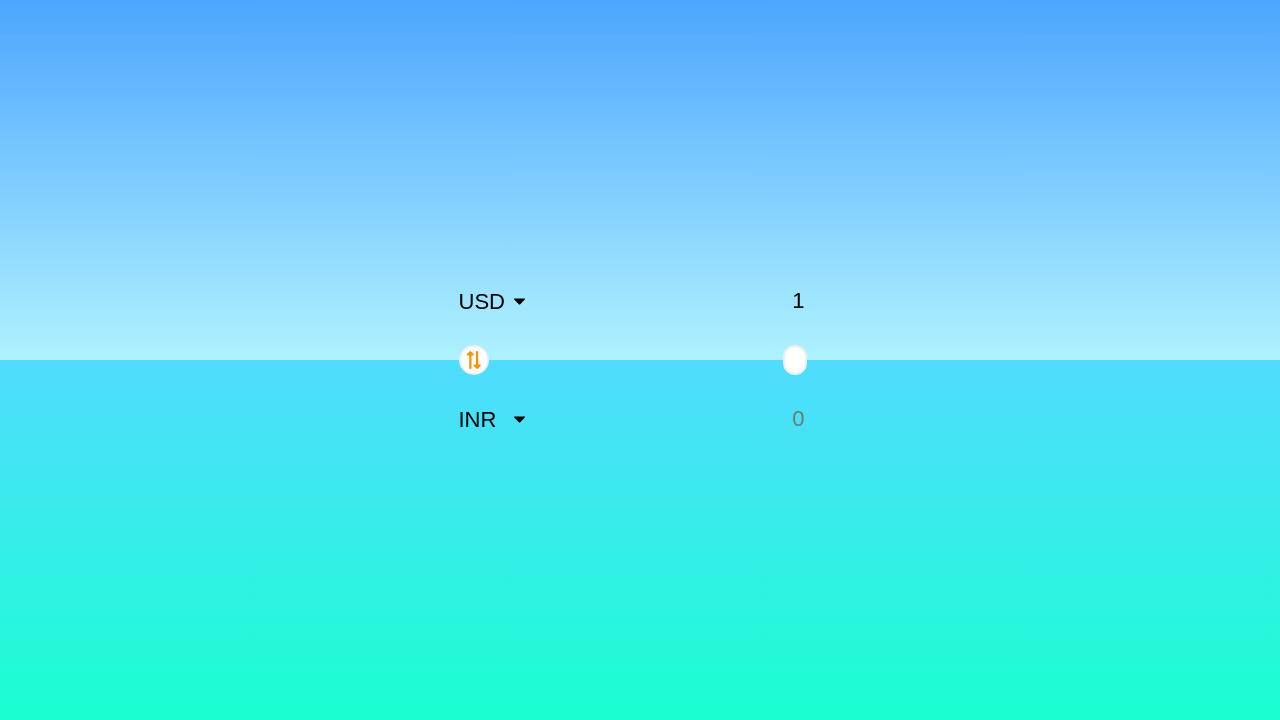
Repository: Sp4ngl3r/Currency-Converter
Page: currency.html
The author's editor kept a copy of each file at every save. The page is drawn from the files as they stood at one save, then again after the next save.
The browser window is 1280 px wide. The pictures show the whole page.
Some web fonts or font styles are not loaded; a fallback is used. Some web libraries are served in a nearby version.

Above is the page before, as saved 2020-04-18 18:22:55.
Console error: TypeError: Cannot read properties of null (reading 'addEventListener')

After the next save:
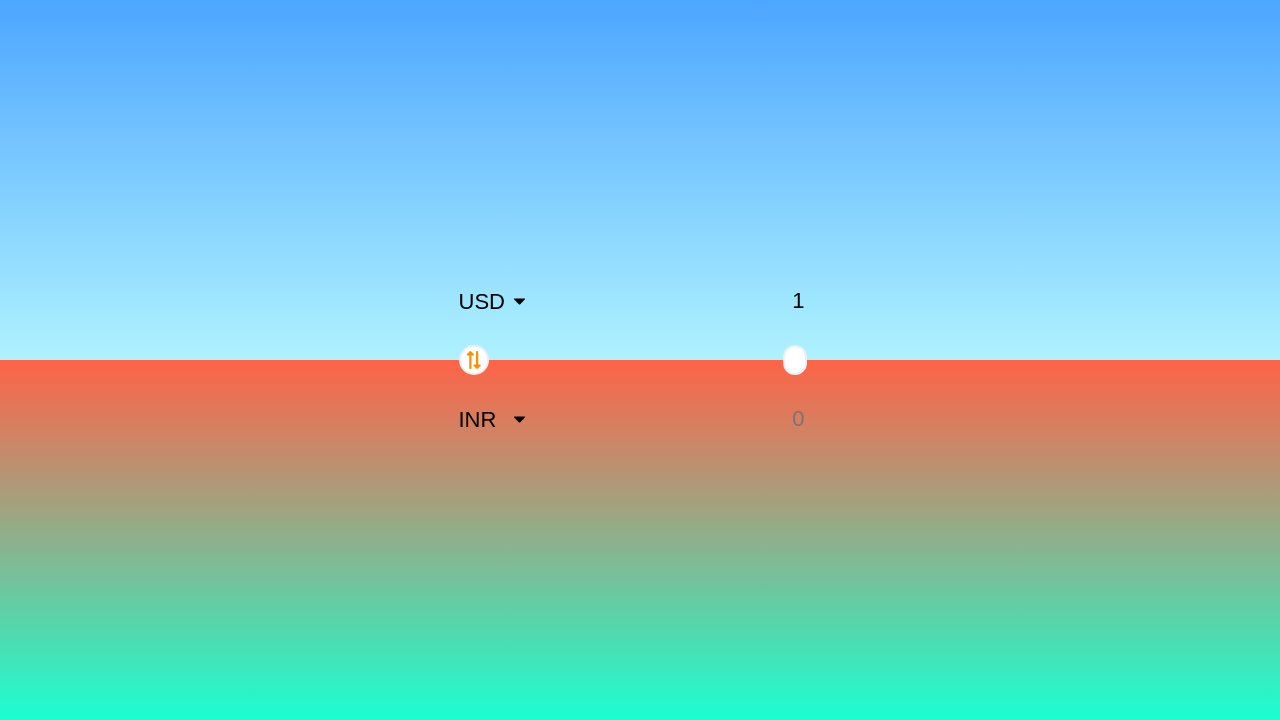
Saved 3 min 6 s later.
--- a/currency.css
+++ b/currency.css
@@ -7,7 +7,7 @@ body {
     to bottom,
     #4da6ff 0%,
     #aff2ff 50%,
-    #50dcff 50%,
+    #ff6347 50%,
     #1affd1 100%
   );
   font-family: "Muli", sans-serif;
